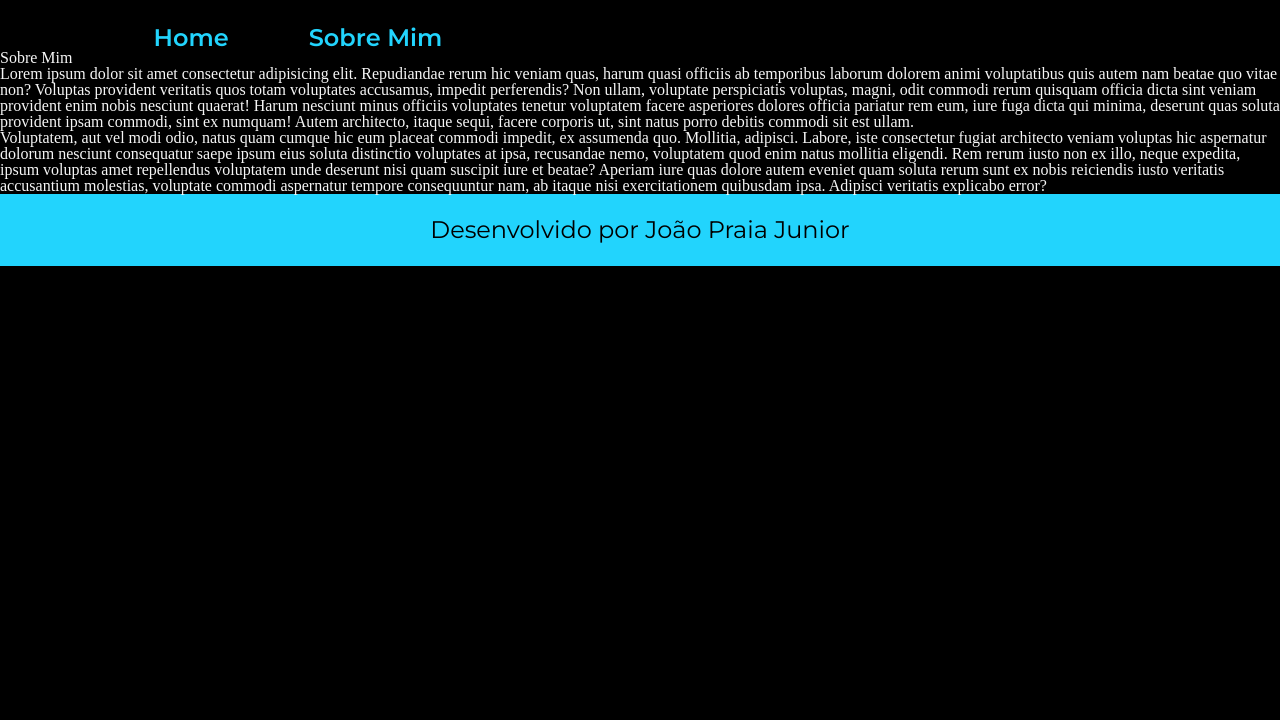
Repository: joaoPraiaJunior/html-basico
Page: about.html
These files come from the project's save history. The page is drawn as it stood at one moment and after the next save; the edit follows.
The browser window is 1280 px wide. The pictures show the whole page.
Some web fonts or font styles are not loaded; a fallback is used. Some web libraries are served in a nearby version.

Above is the page before, as saved 2024-06-06 21:36:45.

### about.html
<!DOCTYPE html>
<html lang="pt-BR" dir="ltr">
  <head>
    <meta charset="UTF-8" />
    <meta http-equiv="X-UA-Compatible" content="IE=edge" />
    <meta name="viewport" content="width=device-width, initial-scale=1.0" />
    <title>Sobre Mim</title>
    <link rel="stylesheet" href="css/reset.css" />
    <link rel="stylesheet" href="css/style.css" />
  </head>
  <body>
    <header class="cabecalho">
      <nav class="cabecalho__menu">
        <a class="cabecalho__link" href="index.html">Home</a>
        <a class="cabecalho__link" href="about.html">Sobre Mim</a>
      </nav>
    </header>

    <main>
      <section class="sobre">
        <h1>Sobre Mim</h1>
        <p>
          Lorem ipsum dolor sit amet consectetur adipisicing elit. Repudiandae
          rerum hic veniam quas, harum quasi officiis ab temporibus laborum
          dolorem animi voluptatibus quis autem nam beatae quo vitae non?
          Voluptas provident veritatis quos totam voluptates accusamus, impedit
          perferendis? Non ullam, voluptate perspiciatis voluptas, magni, odit
          commodi rerum quisquam officia dicta sint veniam provident enim nobis
          nesciunt quaerat! Harum nesciunt minus officiis voluptates tenetur
          voluptatem facere asperiores dolores officia pariatur rem eum, iure
          fuga dicta qui minima, deserunt quas soluta provident ipsam commodi,
          sint ex numquam! Autem architecto, itaque sequi, facere corporis ut,
          sint natus porro debitis commodi sit est ullam.
        </p>
        <p>
          Voluptatem, aut vel modi odio, natus quam cumque hic eum placeat
          commodi impedit, ex assumenda quo. Mollitia, adipisci. Labore, iste
          consectetur fugiat architecto veniam voluptas hic aspernatur dolorum
          nesciunt consequatur saepe ipsum eius soluta distinctio voluptates at
          ipsa, recusandae nemo, voluptatem quod enim natus mollitia eligendi.
          Rem rerum iusto non ex illo, neque expedita, ipsum voluptas amet
          repellendus voluptatem unde deserunt nisi quam suscipit iure et
          beatae? Aperiam iure quas dolore autem eveniet quam soluta rerum sunt
          ex nobis reiciendis iusto veritatis accusantium molestias, voluptate
          commodi aspernatur tempore consequuntur nam, ab itaque nisi
          exercitationem quibusdam ipsa. Adipisci veritatis explicabo error?
        </p>
      </section>
      <section></section>
    </main>

    <footer class="rodape"><p>Desenvolvido por João Praia Junior</p></footer>
  </body>
  <script
    src="https://kit.fontawesome.com/c4ee7a6e8c.js"
    crossorigin="anonymous"
  ></script>
</html>

### css/reset.css
/* http://meyerweb.com/eric/tools/css/reset/
   v2.0 | 20110126
   License: none (public domain)
*/

* {
    box-sizing: border-box;
}

html, body, div, span, applet, object, iframe,
h1, h2, h3, h4, h5, h6, p, blockquote, pre,
a, abbr, acronym, address, big, cite, code,
del, dfn, em, img, ins, kbd, q, s, samp,
small, strike, strong, sub, sup, tt, var,
b, u, i, center,
dl, dt, dd, ol, ul, li,
fieldset, form, label, legend,
table, caption, tbody, tfoot, thead, tr, th, td,
article, aside, canvas, details, embed,
figure, figcaption, footer, header, hgroup,
menu, nav, output, ruby, section, summary,
time, mark, audio, video {
	margin: 0;
	padding: 0;
	border: 0;
	font: inherit;
	vertical-align: baseline;
}
/* HTML5 display-role reset for older browsers */
article, aside, details, figcaption, figure,
footer, header, hgroup, menu, nav, section {
	display: block;
}
body {
	line-height: 1;
}
ol, ul {
	list-style: none;
}
blockquote, q {
	quotes: none;
}
blockquote:before, blockquote:after,
q:before, q:after {
	content: '';
	content: none;
}
table {
	border-collapse: collapse;
	border-spacing: 0;
}

### css/style.css
@import url("https://fonts.googleapis.com/css2?family=Krona+One&family=Montserrat:wght@400;600&display=swap");

html {
  font-size: 62.5%;
}

body {
  color: #f6f6f6;
  background-color: #000;
  font-size: 1.6rem;
}

.cabecalho {
  padding: 2% 0 0 12%;
}

.cabecalho__menu {
  display: flex;
  column-gap: 80px;
}

.cabecalho__link {
  font-family: "Montserrat", sans-serif;
  font-size: 2.4rem;
  font-weight: 600;
  text-decoration: none;
  color: #22d4fd;
}

.apresentacao {
  padding: 5% 12%;
  display: flex;
  justify-content: space-between;
  align-items: center;
}

.apresentacao__conteudo {
  display: flex;
  flex-direction: column;
  width: 615px;
  gap: 40px;
}

.apresentacao__titulo {
  color: #22d4fd;
  font-family: "Krona One", sans-serif;
  font-size: 3.6rem;
}

.apresentacao__subtitulo {
  font-family: "Krona One", sans-serif;
  font-size: 2.4rem;
  font-weight: 400;
}

.apresentacao__texto {
  font-family: "Montserrat", sans-serif;
  font-size: 2.4rem;
}

.apresentacao__links {
  display: flex;
  flex-direction: column;
  justify-content: space-between;
  align-items: center;
  row-gap: 32px;
}

.apresentacao__link {
  display: flex;
  justify-content: center;
  column-gap: 8px;
  color: #000;
  background-color: #22d4fd;
  font-family: "Montserrat", sans-serif;
  font-size: 2.4rem;
  font-weight: 600;
  padding: 21.5px 0;
  width: 378px;
  border-radius: 8px;
  text-align: center;
  text-decoration: none;
}

.apresentacao__link--transparente {
  color: #f6f6f6;
  background-color: transparent;
  border: 2px solid #22d4fd;
  transition: all 0.5s ease-in-out;
}

.apresentacao__link--transparente:hover {
  background-color: #272727;
}

.apresentacao__link--transparente .fa-brands {
  transition: color 0.5s ease-in-out;
}

.apresentacao__link--transparente:hover .fa-brands {
  color: #22d4fd;
}

img {
  max-width: 100%;
}

.rodape {
  font-family: "Montserrat", sans-serif;
  font-size: 2.4rem;
  font-weight: 400;
  color: #000;
  background-color: #22d4fd;
  padding: 24px;
  text-align: center;
}

After the next save:
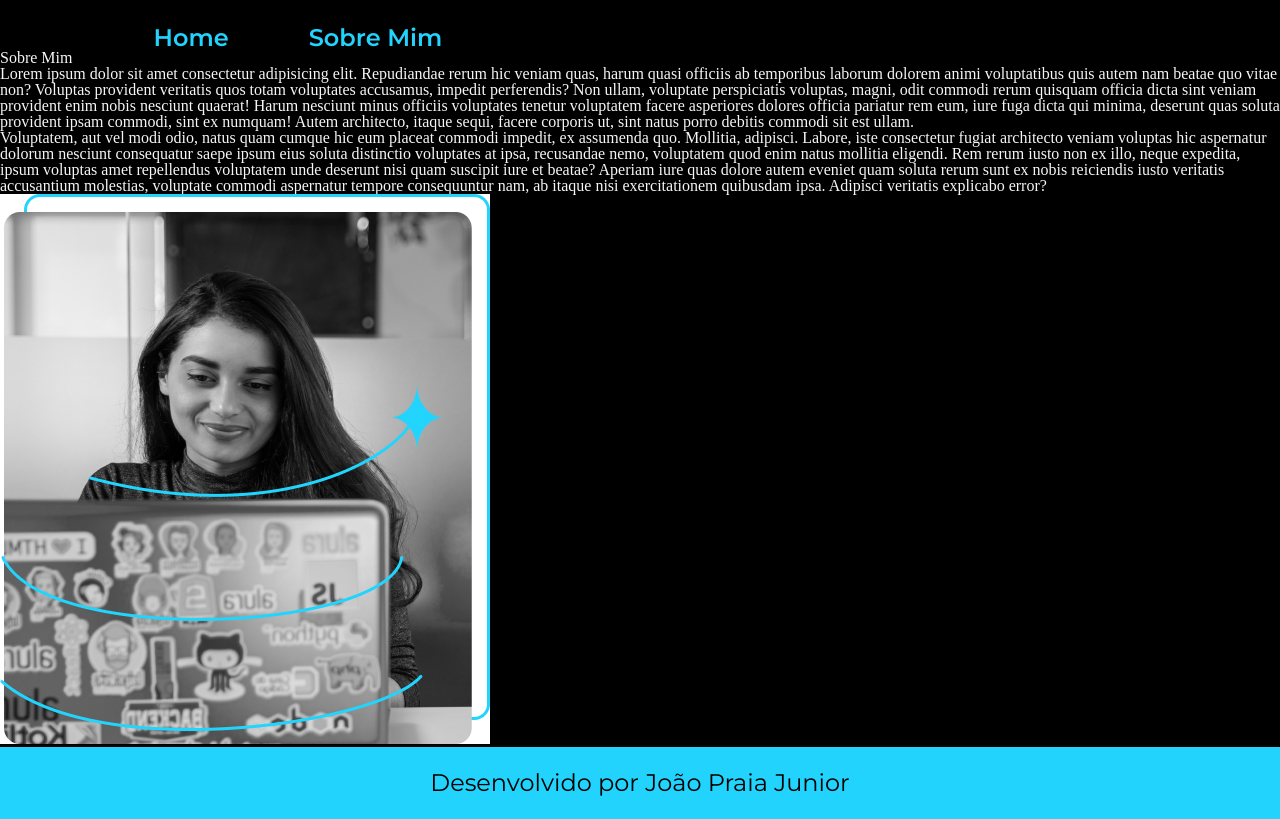
Saved 15 s later.
--- a/about.html
+++ b/about.html
@@ -46,7 +46,9 @@
           exercitationem quibusdam ipsa. Adipisci veritatis explicabo error?
         </p>
       </section>
-      <section></section>
+      <section>
+        <img src="images/Imagem.jpg" alt="foto da joana santos programando!" />
+      </section>
     </main>
 
     <footer class="rodape"><p>Desenvolvido por João Praia Junior</p></footer>
